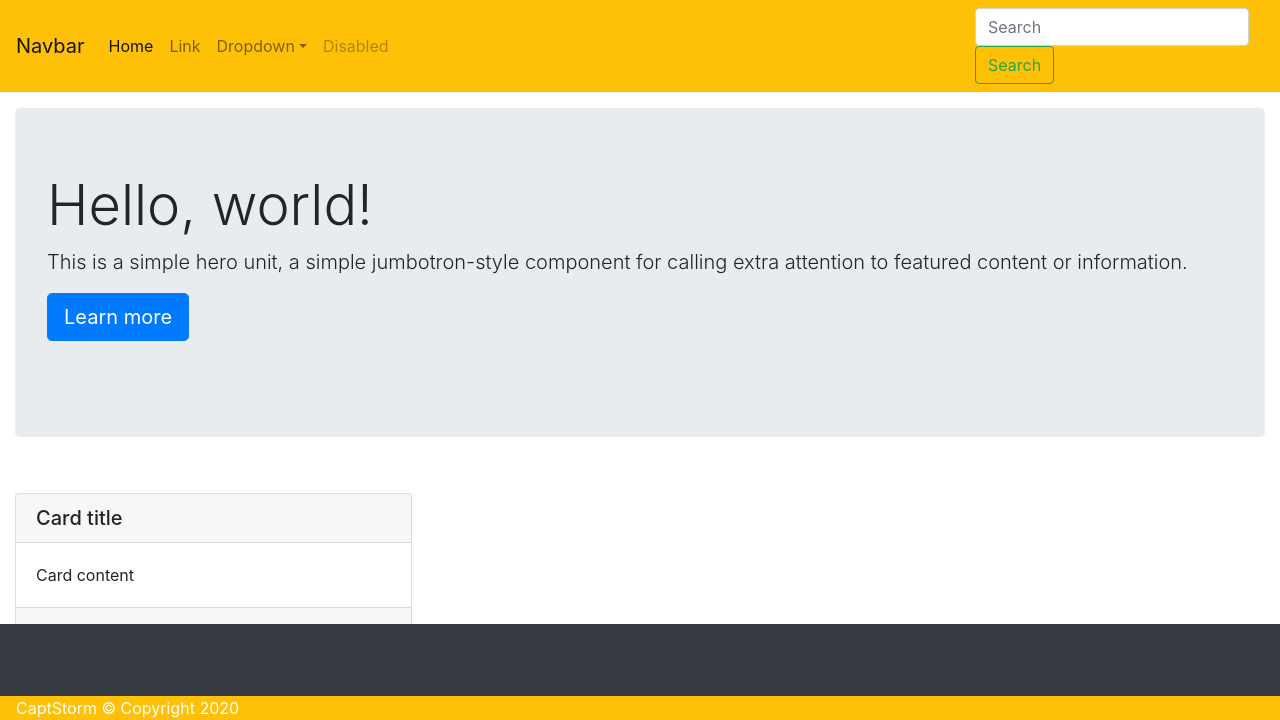
Repository: CaptainStorm21/complete-react16-bootstrap-passing-props
Page: /
These files come from the project's save history. The page is drawn as it stood at one moment and after the next save; the edit follows.
The browser window is 1280 px wide. The pictures show the whole page.
The project was rebuilt for these pictures with package versions that can differ from the ones it lists, and the page was loaded fresh each time.

Above is the page before, as saved 2020-04-23 14:21:54.

### public/index.html
<!DOCTYPE html>
<html lang="en">
<head>
  <title>Bootstrap Example</title>
  <meta charset="utf-8">
  <meta name="viewport" content="width=device-width, initial-scale=1">
  <link rel="stylesheet" href="https://maxcdn.bootstrapcdn.com/bootstrap/4.4.1/css/bootstrap.min.css">
  <script src="https://ajax.googleapis.com/ajax/libs/jquery/3.4.1/jquery.min.js"></script>
  <script src="https://cdnjs.cloudflare.com/ajax/libs/popper.js/1.16.0/umd/popper.min.js"></script>
  <script src="https://maxcdn.bootstrapcdn.com/bootstrap/4.4.1/js/bootstrap.min.js"></script>
</head>
<body>
<div id="root"></div>

</body>
</html>

### src/index.js
import React from 'react';
import ReactDOM from 'react-dom';
import './style.css';
import App from './App';
import * as serviceWorker from './serviceWorker';


ReactDOM.render(
  <React.StrictMode>
    <App />
  </React.StrictMode>,
  document.getElementById('root')
);

// If you want your app to work offline and load faster, you can change
// unregister() to register() below. Note this comes with some pitfalls.
// Learn more about service workers: https://bit.ly/CRA-PWA
serviceWorker.unregister();

### src/style.css




body {
  margin: 0;
  font-family: -apple-system, BlinkMacSystemFont, 'Segoe UI', 'Roboto', 'Oxygen',
    'Ubuntu', 'Cantarell', 'Fira Sans', 'Droid Sans', 'Helvetica Neue',
    sans-serif;
  -webkit-font-smoothing: antialiased;
  -moz-osx-font-smoothing: grayscale;
}

.footer {
  position: absolute;
  bottom: 0;
  width: 100%;
  height: 60px; /* Set the fixed height of the footer here */
  line-height: 60px; /* Vertically center the text there */
  background-color: purple;
}

### src/App.js
import React from "react";
import Main from "./components/Main";
import ContanerCard from "./components/ContainerCard";

import Header from "./components/layout/Header";
import Footer from "./components/layout/Footer";

function App() {
  return (
    <div>
      <Header />
      <div classNameName="container-fluid">
        <div className="col-lg-12 py-3">
          <Main />
        </div>
        <div className="container-fluid">
          <div className="row">
            <ContanerCard />
          </div>
        </div>
        <Footer />
      </div>
    </div>
  );
}

export default App;

### src/components/Main.js
import React from "react";

function Main() {
  return (
    <div className="jumbotron">
      <h1 className="display-4">Hello, world!</h1>
      <p className="lead">
        This is a simple hero unit, a simple jumbotron-style component for
        calling extra attention to featured content or information.
        <p className = "py-3">
        <a className="btn btn-primary btn-lg" href="#" role="button">
          Learn more
        </a>
        </p>
      </p>
    </div>
  );
}

export default Main;

### src/components/ContainerCard.js
import React from "react";

function ContainerCard() {
  return (
    <div className="col-md-4 col-lg-4 py-2">
    <div className="card">
      <h5 className="card-header">Card title</h5>
      <div className="card-body">
        <p className="card-text">Card content</p>
      </div>
      <div className="card-footer">Card footer</div>
    </div>
    </div>
  );
}

export default ContainerCard;

### src/components/layout/Header.js
import React from "react";
import Navbar from "./Navbar";

function Header() {
  return (
    <nav className="navbar navbar-expand-lg navbar-light bg-warning">
              <Navbar />
    </nav>
  );
}

export default Header;

### src/components/layout/Footer.js
import React from "react";

function Footer() {
  return (
    <footer className="bg-dark py-5 fixed-bottom ">
      <div className="container"></div>
      <div className="container-fluid">
        <div className="row bg-info">
        <div className="bg-warning fixed-bottom">
          <span className="p-3 text-white">
            CaptStorm &copy; Copyright 2020
          </span>
        </div>        </div>
      </div>
    </footer>
  );
}

export default Footer;

### src/components/layout/Navbar.js
import React from "react";
import "./Nav.css";

function Navbar() {
  return (
    <>
   <a className="navbar-brand" href="/">Navbar</a>
        <button className="navbar-toggler" type="button" data-toggle="collapse" data-target="#navbarSupportedContent" aria-controls="navbarSupportedContent" aria-expanded="false" aria-label="Toggle navigation">
          <span className="navbar-toggler-icon"></span>
        </button>

        <div className="collapse navbar-collapse" id="navbarSupportedContent">
          <ul className="navbar-nav mr-auto">
            <li className="nav-item active">
              <a className="nav-link" href="/">Home <span className="sr-only">(current)</span></a>
            </li>
            <li className="nav-item">
              <a className="nav-link" href="/">Link</a>
            </li>
            <li className="nav-item dropdown">
              <a className="nav-link dropdown-toggle" href="/" id="navbarDropdown" role="button" data-toggle="dropdown" aria-haspopup="true" aria-expanded="false">
                Dropdown
              </a>
              <div className="dropdown-menu" aria-labelledby="navbarDropdown">
                <a className="dropdown-item" href="/">Action</a>
                <a className="dropdown-item" href="/">Another action</a>
                <div className="dropdown-divider"></div>
                <a className="dropdown-item" href="/">Something else here</a>
              </div>
            </li>
            <li className="nav-item">
              <a className="nav-link disabled" href="/">Disabled</a>
            </li>
          </ul>
          <div className = "pull-right">
          <form className="form-inline  col-2">
            <input className="form-control " type="search" placeholder="Search" aria-label="Search" />
            <button className="btn btn-outline-success" type="submit">Search</button>
          </form></div>
        </div>
  </>
)
}

export default Navbar;

### src/components/layout/Nav.css
@media (min-width: 768px) {
    .navbar-nav {
      width: 100%;
      text-align: center;
    }
    .navbar-nav > li {
      float: none;
      display: inline-block;
    }
    .navbar-nav > li.navbar-right {
      float: right !important;
    }
  }

Loaded but not shown: src/serviceWorker.js (common file)

After the next save:
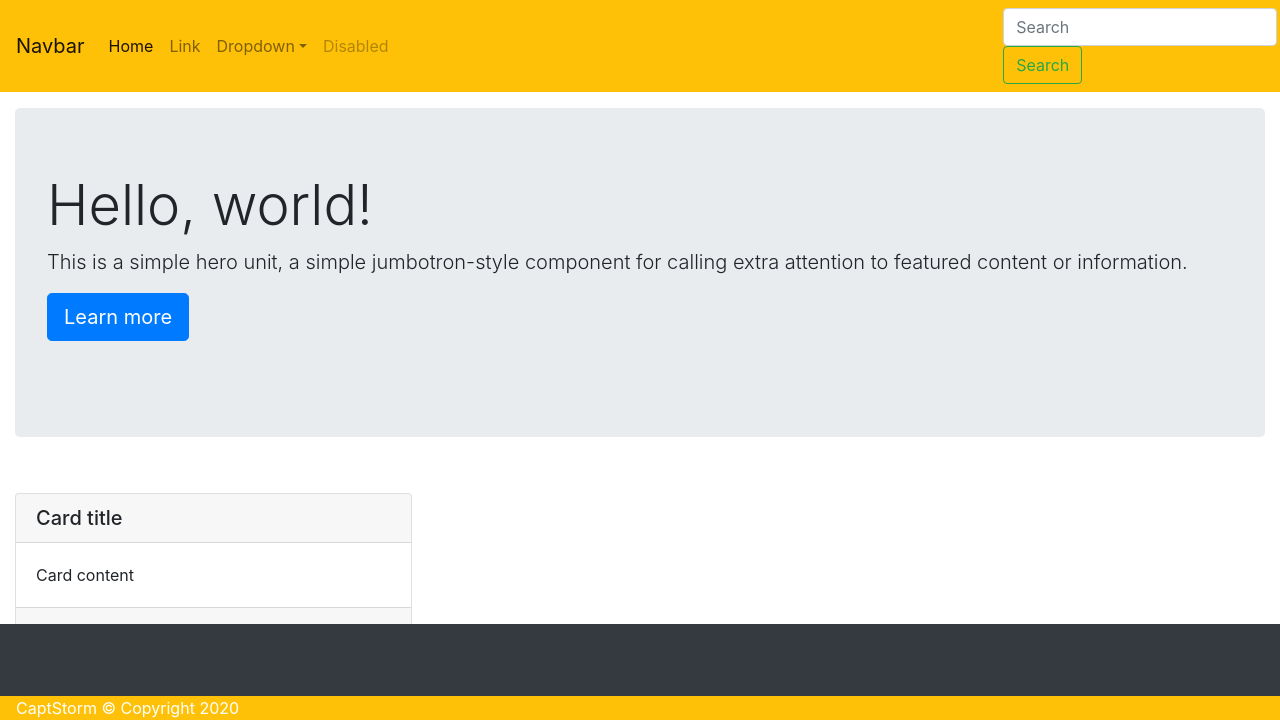
Saved 12 s later.
--- a/src/components/layout/Navbar.js
+++ b/src/components/layout/Navbar.js
@@ -32,7 +32,7 @@ function Navbar() {
               <a className="nav-link disabled" href="/">Disabled</a>
             </li>
           </ul>
-          <div className = "pull-right">
+          <div className = "pull-right col-3">
           <form className="form-inline  col-2">
             <input className="form-control " type="search" placeholder="Search" aria-label="Search" />
             <button className="btn btn-outline-success" type="submit">Search</button>
